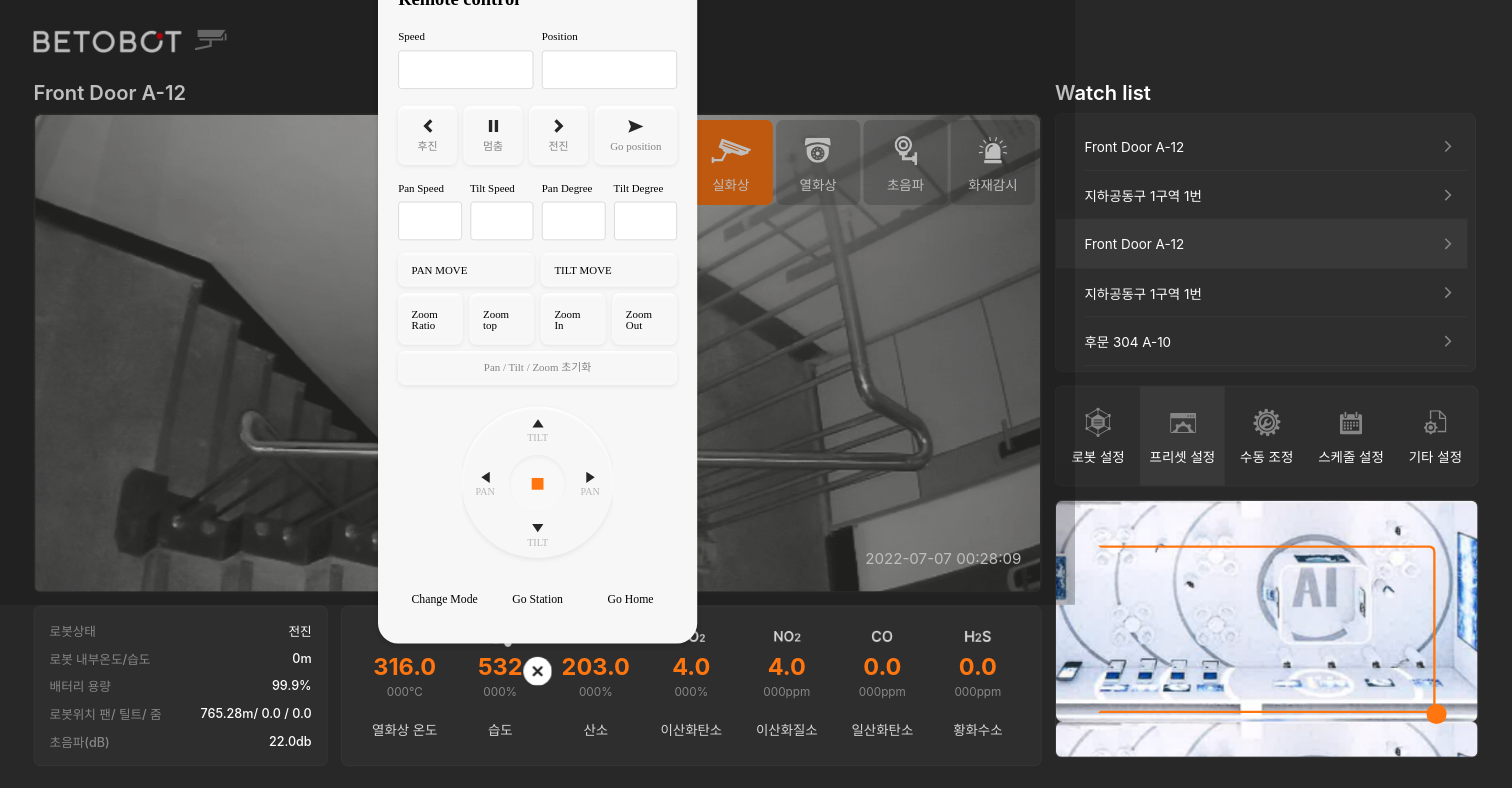
Repository: jang0ha/betobot
Page: content/main/main.html
These files come from the project's save history. The page is drawn as it stood at one moment and after the next save; the edit follows.
The browser window is 1280 px wide. The page is 1800 px wide, so the pictures cover 1800 px, including what lies to the right of the window. The pictures show the whole page, at 84% of full size.
Some web fonts or font styles are not loaded; a fallback is used. The style sheet was rebuilt from its Sass, Less or Tailwind sources for each picture, by a compiler version that may differ from the author's.

Above is the page before, as saved 2022-07-21 17:26:44.

After the next save:
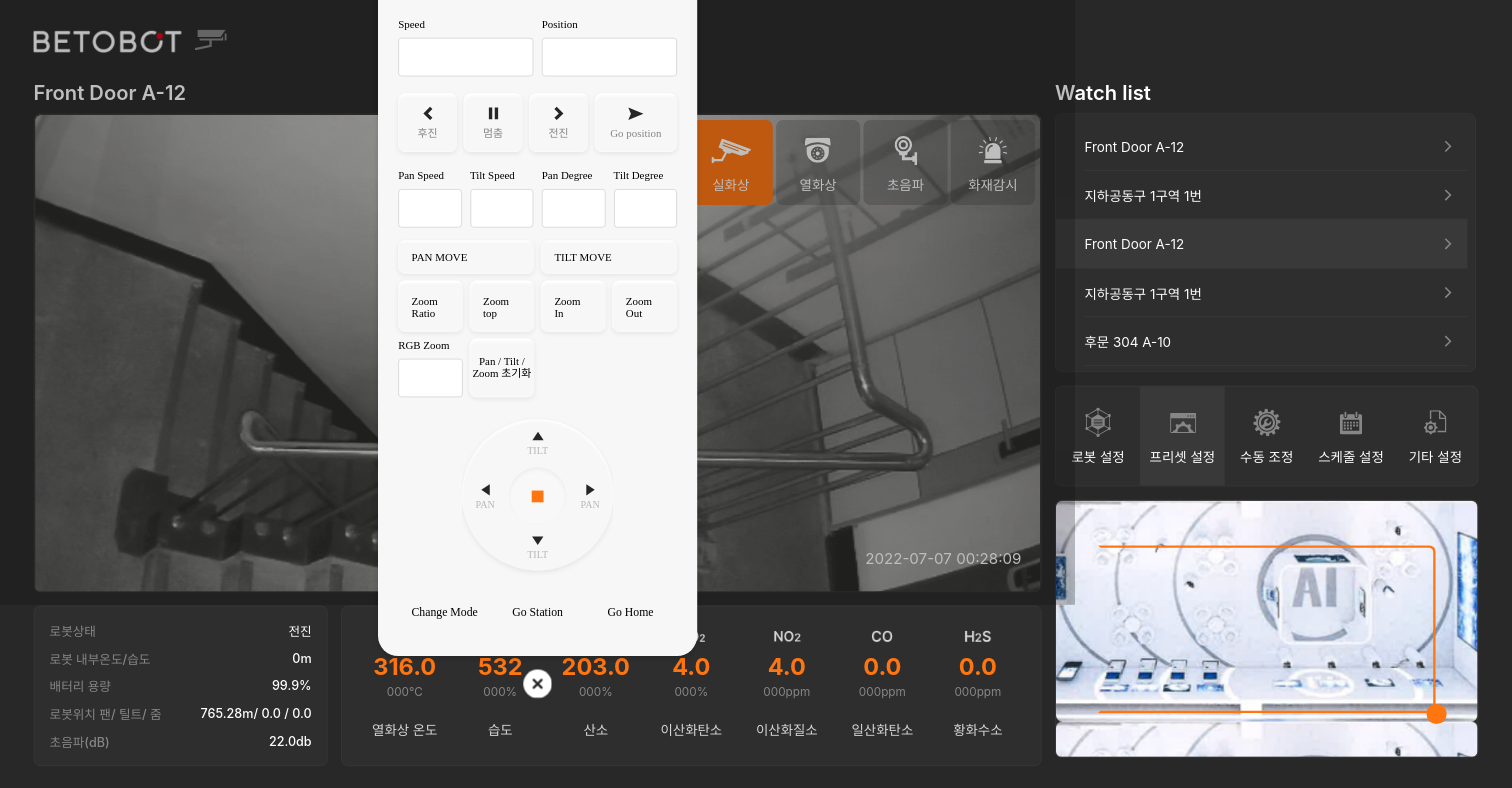
Saved 56 s later.
--- a/content/main/main.html
+++ b/content/main/main.html
@@ -303,6 +303,10 @@
                         <p>Zoom</p>
                         <p>Out</p>
                     </button>
+                    <div class="form-group">
+                        <label>RGB Zoom</label>
+                        <input type="text">
+                    </div>
                     <button type="button" class="remote-btn reset">
                         <p>Pan / Tilt / Zoom 초기화</p>
                     </button>
